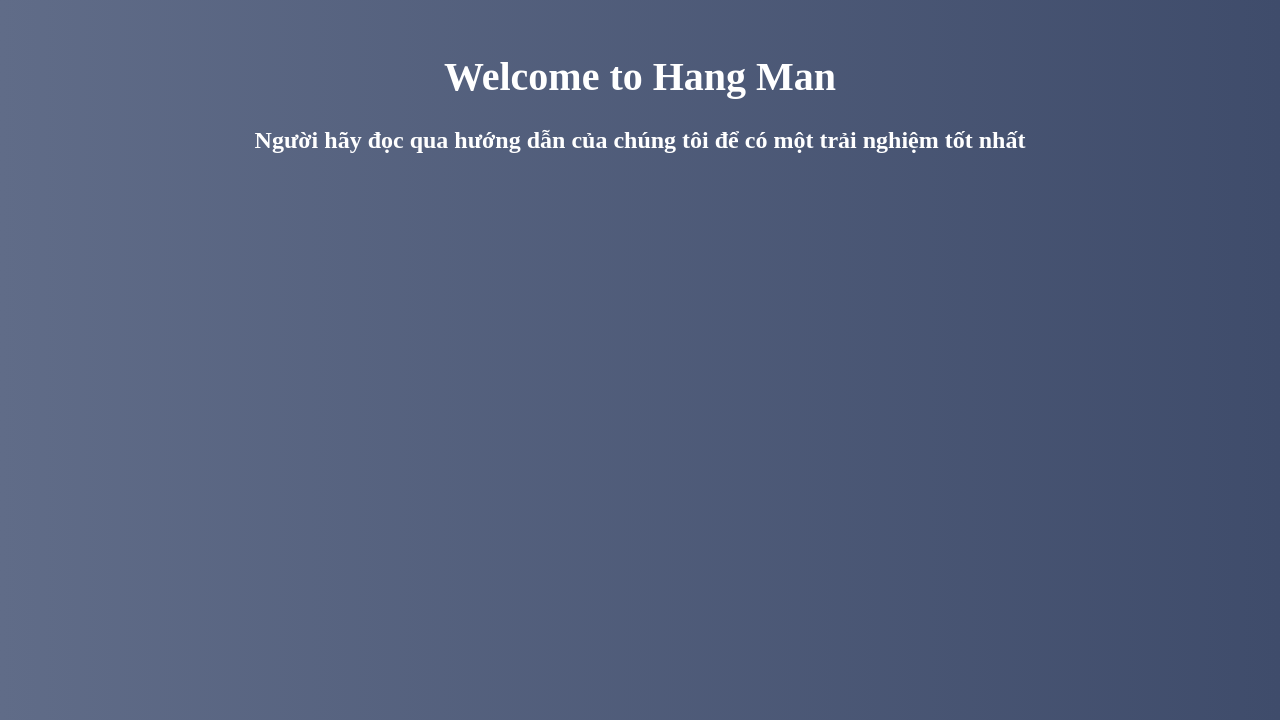
Repository: Darkingfired/Game
Page: hangman.html
An editor plug-in stored every save of this project. The page is shown before and after a run of saves, followed by the edit.
The browser window is 1280 px wide. The pictures show the whole page.

Above is the page before, as saved 2022-09-13 15:58:02.

### hangman.html
<!DOCTYPE html>
<html lang="en">
<head>
    <meta charset="UTF-8">
    <meta http-equiv="X-UA-Compatible" content="IE=edge">
    <meta name="viewport" content="width=device-width, initial-scale=1.0">
    <link rel="stylesheet" href="style.css"/>
    <title>Hang Man game</title>
    <script defer src="game.js"></script>
</head>
<Br>
    <h1>Welcome to Hang Man</h1>
    <h2>Người  hãy đọc qua hướng dẫn của chúng tôi để có một trải nghiệm tốt nhất</h2>
</body>
</html>

### style.css
body {
  /** background-image: linear-gradient(to right, #f46b45, #eea849); */
  background-image: linear-gradient(to right, #606c88, #3f4c6b);
  color: white;
  text-align: center;
}
.wrapper {
  width: fit-content;
  margin: auto;
}
.hint-div {
  display: flex;
  color: chartreuse;
}
.hint-button,
.reset-button,
.notification-button {
  cursor: pointer;
}
.reset-button {
  margin-left: auto;
}
.alpha {
  width: 2rem;
  height: 2rem;
  background: #ffe5b4;
  border: none;
  border-radius: 4px;
  margin: 3px;
  cursor: pointer;
}
.alpha:hover {
  background-color: #e75480;
  border: none;
}
.disabled {
  pointer-events: none;
  background-color: darkgray;
}

.word-div {
  display: inline-flex;
}
.word {
  margin-right: 1.5rem;
}
.notification {
  position: absolute;
  top: 50%;
  left: 50%;
  transform: translate(-50%, -50%);
  background: #fc6c85;
  width: 20rem;
  padding: 20px 10px;
  border-radius: 4px;
  box-shadow: 3px 3px 1px 1px rgba(0, 0, 0, 0.2);
}
.blur {
  filter: blur(2px);
}
.hidden {
  display: none;
}
form {
  display: block;
  font-size: 30px;
}
h1{
  font-size: 40px;
}
label{
  font-size: 40px;
}
input{
  font-size: 20px;
}

Loaded but not shown: Game.js (no stored copy; drawn as an empty file)

After the next 2 saves:
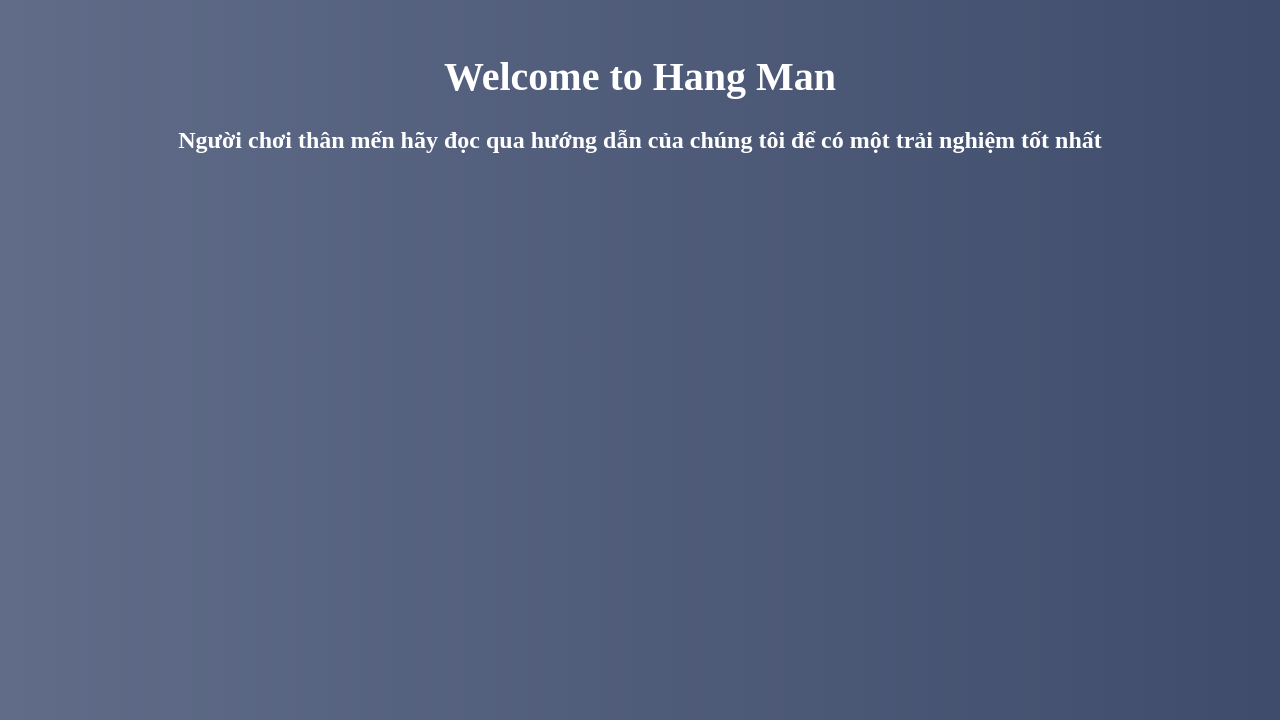
The 2 saves are shown as one change because they came seconds apart.
The last was saved 8 s later.
--- a/hangman.html
+++ b/hangman.html
@@ -10,6 +10,6 @@
 </head>
 <Br>
     <h1>Welcome to Hang Man</h1>
-    <h2>Người  hãy đọc qua hướng dẫn của chúng tôi để có một trải nghiệm tốt nhất</h2>
+    <h2>Người chơi thân mến  hãy đọc qua hướng dẫn của chúng tôi để có một trải nghiệm tốt nhất</h2>
 </body>
 </html>
